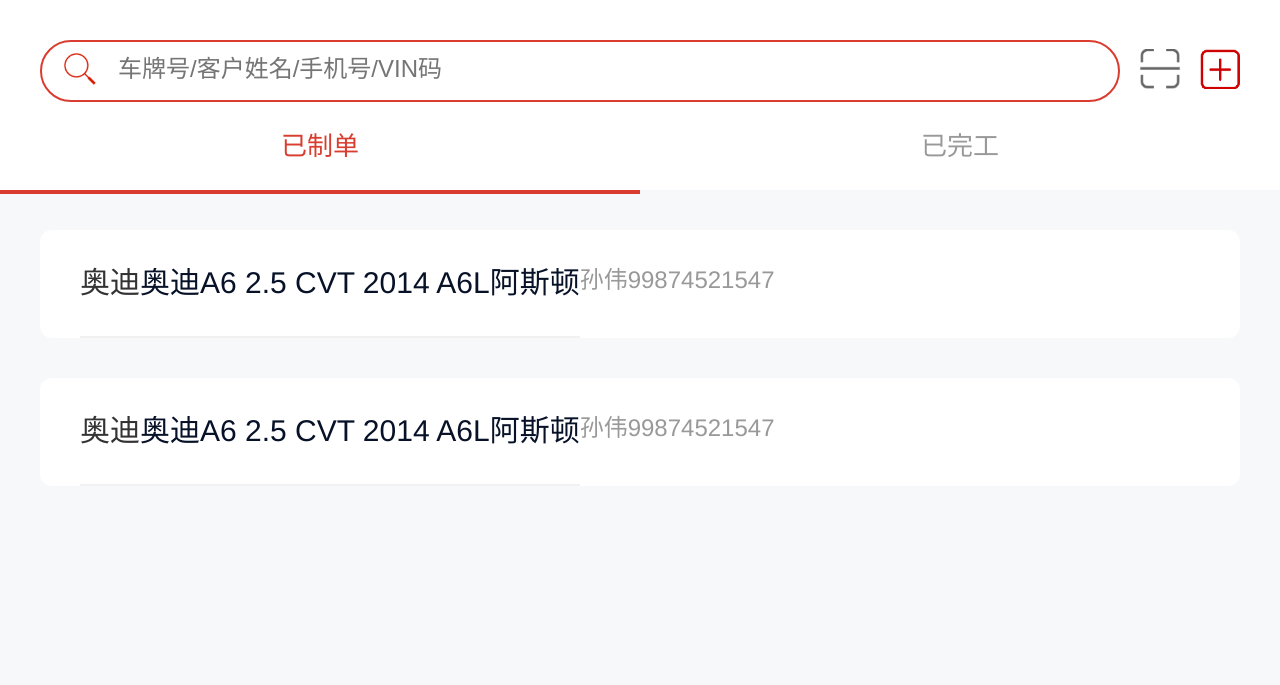
Repository: family-car/car
Page: checkCarList.html
The author's editor kept a copy of each file at every save. The page is drawn from the files as they stood at one save, then again after the next save.
The browser window is 1280 px wide. The pictures show the whole page.

Above is the page before, as saved 2020-05-12 18:34:12.

### checkCarList.html
<!-- HTML5文件 -->
<!DOCTYPE html>
<html>
<head>
	<meta charset="utf-8" />
	<meta name="viewport"
          content="width=device-width, user-scalable=no, initial-scale=1.0, maximum-scale=1.0, minimum-scale=1.0">
	<meta content="telephone=no,email=no" name="format-detection">
	<meta name="wap-font-scale" content="no">
	<title>所有图片</title>
	<!-- ui框架引入css -->
	<link href="lib/weui/weui.min.css" rel="stylesheet" type="text/css" />
	<link href="lib/weui/jquery-weui.min.css" rel="stylesheet" type="text/css" />
	<!-- 公用样式css -->
	<link href="src/css/base.css" rel="stylesheet" type="text/css" />
    <!-- 界面引入css -->
    <link href="src/css/app/deliverTask.css" rel="stylesheet" type="text/css" />
  <!-- jquery引入 -->
  <script type="text/javascript" src="lib/jquery/jquery-2.1.4.min.js"></script>
  <script type="text/javascript" src="lib/common.js"></script>
</head>
<body>

<div class="main bot44">
    <div class="taskHeader">
        <div class="taskSearch flex flex-between">
            <div class="searchInput cf">
                <div class="fl flex flex-center searchIcon"><img src="src/image/search.png"/></div>
                <input type="text" placeholder="车牌号/客户姓名/手机号/VIN码" class="fl"/>
            </div>
            <div class="sys"><img src="src/image/sys.png"/><img src="src/image/add.png"/></div>
        </div>
        <ul class="taskTabbar cf">
            <li class="active">已制单</li>
            <li>已完工</li>
        </ul>
    </div>
    <div class="taskList checkList">
        <div class="taskItem">
            <h2 class="cf">
                <span class="fl">奥迪</span>
                <span class="fr">奥迪A6 2.5 CVT 2014 A6L阿斯顿</span>
            </h2>
            <p class="taskItem_user cf">
                <span class="fl">孙伟</span>
                <span class="fr">99874521547</span>
            </p>
        </div>
        <div class="taskItem">
            <h2 class="cf">
                <span class="fl">奥迪</span>
                <span class="fr">奥迪A6 2.5 CVT 2014 A6L阿斯顿</span>
            </h2>
            <p class="taskItem_user cf">
                <span class="fl">孙伟</span>
                <span class="fr">99874521547</span>
            </p>
        </div>
    </div>
</div>

<!-- jquery引入 -->
<script type="text/javascript" src="src/js/entry/deliverTask.js"></script>
</body>
</html>

### src/css/base.css
* {
    touch-action: pan-y;
}
*,
*:after,
*:before {
    -webkit-box-sizing: border-box;
    box-sizing: border-box;
}
[v-cloak] {
  display: none;
}
a,
blockquote,
body,
code,
dd,
div,
dl,
dt,
em,
fieldset,
form,
h1,
h2,
h3,
h4,
h5,
h6,
iframe,
img,
input,
label,
li,
object,
ol,
p,
q,
small,
span,
strong,
table,
tbody,
td,
th,
tr,
ul {
    margin: 0;
    padding: 0;
    border: 0;
}
input{
	outline: none;
}
body,
html {
    width: 100%;
    height:100%;
}

body {
    margin: 0 auto;
    line-height: 1;
    font-size: 24px;
    font-family: 'STHeiti', 'Microsoft YaHei', Helvetica, Arial, sans-serif;
    -webkit-text-size-adjust: none;
    -webkit-tap-highlight-color: rgba(0, 0, 0, 0);
}

h1,
h2,
h3,
h4,
h5,
h6 {
    font-size: 24px;
    font-weight: normal;
}

a,
a:active,
a:focus,
a:hover,
a:visited {
    text-decoration: none;
    color: #393939;
}

a,
img {
    -webkit-touch-callout: none;
}

li,
ol,
ul {
    list-style: none;
}

input[type="password"],
input[type="tel"],
input[type="text"],
select,
textarea {
    display: block;
    width: 100%;
    line-height: 1.2;
    font-size:24px;
    resize: none;
    outline: 0;
    vertical-align: middle;
    background-color: #fff;
    background-image: none;
    border: 0;
    white-space: pre-wrap;
    word-wrap: break-word;
    -webkit-appearance: none;
}

p {
    background-color: transparent;
    word-break: break-all;
}

em,
i {
    font-style: normal;
}
@font-face {
    font-family: 'iconfont';
    src: url("../font/icomoon.eot");
    src: url("../font/icomoon.eot?#iefix") format("embedded-opentype"), url("../font/icomoon.ttf") format("truetype"), url("../font/icomoon.svg#iconfont") format("svg");
}

html {
    background: #fff;
}

body {
    background: #fff;
    color: #999;
}

.fl {
    float: left;
}

.fr {
    float: right;
}

.cf:after {
    display: block;
    clear: both;
    content: "";
    visibility: hidden;
    height: 0;
}

.tr {
    text-align: right;
}

.tc {
    text-align: center;
}

.td-underline {
    text-decoration: underline;
}

.tm {
    vertical-align: middle;
}
.boxSizing{
    box-sizing:border-box;
    -moz-box-sizing:border-box; /* Firefox */
    -webkit-box-sizing:border-box;
}

.flex {
    display: -webkit-box !important;
    display: -webkit-flex !important;
    display: -ms-flexbox !important;
    display: flex !important;
    -webkit-flex-wrap: wrap;
    -ms-flex-wrap: wrap;
    flex-wrap: wrap;
}

.flex .cell {
    -webkit-box-flex: 1;
    -webkit-flex: 1;
    -ms-flex: 1;
    flex: 1;
    width: 0;
    -webkit-flex-basis: 0;
    -ms-flex-preferred-size: 0;
    flex-basis: 0;
    max-width: 100%;
    display: block;
    padding: 0 !important;
    position: relative;
}
.flex .cell2{
    -webkit-box-flex: 2;
    -webkit-flex: 2;
    -ms-flex: 2;
    flex: 2;
}


.flex .cell.hide {
    display: none;
}

.flex .flex-130 {
    -webkit-box-flex: 150!important;
    -webkit-flex: 130!important;
    -ms-flex: 130!important;
    flex: 130!important;
}

.flex .flex-200 {
    -webkit-box-flex: 200!important;
    -webkit-flex: 200!important;
    -ms-flex: 200!important;
    flex: 200!important;
}

.flex-center {
    -webkit-box-pack: center;
    -webkit-justify-content: center;
    justify-content: center;
    -webkit-box-align: center;
    -webkit-align-items: center;
    align-content: center;
}
.flex-between {
    -webkit-box-pack: center;
    -webkit-justify-content: space-between;
    justify-content: space-between;
    -webkit-box-align: center;
    -webkit-align-items: center;
    align-content: center;
}

.img-responsive {
    display: inline-block;
    width: 100%;
}

.bg-white {
    background: #fff;
}

.bg-orange {
    background: #fa462d;
}

.bg-blue {
    background: #246EBE;
}
.bg-green{color:#0BA66D;}
.bg-light-green{color:#56dfb3;}
.bg-gray {
    background: #f3f4f6;
}

.bg-light-yellow {
    background: #fbf8ec;
}

.bg-disabled {
    background: #9d9d9d;
}

.color-blue {
    color: #246EBE;
}

.color-muted {
    color: #9d9d9d;
}

.color-orange {
    color: #fa462d;
}

.color-white {
    color: #fff;
}

.color-gray {
    color: #848689;
}
.color-green{color:#0BA66D;}
.color-light-green{color:#56dfb3;}
.color-red{color:#f23030;}
.color-block{color:#393939;}

.relative {
    position: relative;
}

.overflow {
    overflow: hidden;
}

.ellipsis {
    white-space: nowrap;
    overflow: hidden;
    text-overflow: ellipsis;
}

.clamp {
    display: -webkit-box;
    overflow: hidden;
    text-overflow: ellipsis;
    -webkit-line-clamp: 2;
    -webkit-box-orient: vertical;
}

.animate {
    -webkit-animation-play-state: paused;
}

.hide {
    display: none;
}

.footbar-default .coagent span:before,
.iconfont,
.panel-selector .list li .fr:after,
.select:before {
    font-family: "iconfont" !important;
    font-size: .28rem;
    font-style: normal;
    -webkit-font-smoothing: antialiased;
    -webkit-text-stroke-width: 2px;
    -moz-osx-font-smoothing: grayscale;
}
.btn {
    display: inline-block;
    padding: .18rem .2rem;
    vertical-align: middle;
    font-size: .26rem;
    font-weight: normal;
    line-height: 1;
    text-align: center;
    white-space: nowrap;
    background-image: none;
    border: 1px solid transparent;
    border-radius: .06rem;
    cursor: pointer;
    outline: 0;
    -webkit-appearance: none;
    -webkit-user-select: none;
    -moz-user-select: none;
    -ms-user-select: none;
    user-select: none;
}

.btn-default {
    color: #393939;
    background-color: #fff;
    border-color: #ccc;
}

.btn-primary {
    color: #fff;
    background-color: #0ba66d;
    border-color: #0ba66d;
}

.btn-primary-outline {
    color: #0ba66d;
    background-color: #fff;
    border-color: #0ba66d;
}

.btn-default-outline {
    color: #393939;
    background-color: #fff;
    border-color: #d7d7d7;
}

.btn-disabled {
    color: #fff;
    background-color: #9d9d9d;
    border-color: #9d9d9d;
}

.btn-block {
    display: block;
    width: 100%;
    padding-left: 0;
    padding-right: 0;
}

.btn-primary:active {
    color: #fff;
    background-color: #0ba66d;
    border-color: #0ba66d;
}

.btn-disabled:active {
    color: #fff;
    background-color: #9d9d9d;
    border-color: #9d9d9d;
}

.btn-default:active {
    color: #393939;
    background-color: #d7d7d7;
    border-color: #d7d7d7;
}

.btn-search {
    padding: .06rem .1rem;
    margin-left: .05rem;
    line-height: .4rem;
}

.pd8 {
    padding-right: .8rem;
    padding-left: .8rem;
}

.badge-outline {
    background: #fff;
    border: 1px solid #0ba66d;
    color: #0ba66d;
}

.no_info {
    color: #9d9d9d;
    line-height: 2.2rem;
    text-align: center;
}

/*字体*/
.icon-detail:before {
    content: '\e93b';
}
.icon-floder:before {
    content: '\e91b';
}
.icon-home:before {
    content: '\e901';
}
.icon-order:before {
    content: '\e908';
}
.icon-mine:before {
    content: '\e905';
}
.icon-upload::before{
    content: '\e91c';
}
.icon-add::before{
    content: '\e91e';
}
.icon-detele::before{
    content: '\e920';
}
.icon-warn::before{
    content: '\e91a';
}
.icon-arrow::before{
    content:'\e916'
}
.icon-course::before{
    content:'\e908'
}

 #loading{
     position:fixed;
     top:0;left:0;
     width:100%;height:100%;
     background: rgba(0,0,0,.7);
     z-index:999;
}
 #loading .loader-01{
     position:absolute;top:50%;left:50%;
     width:60px;height:60px;
     margin-top:-30px;
     margin-left:-30px;
     color: #fff;
}
.weui-tabbar__item.weui-bar__item--on .weui-tabbar__label{
    color: #F12222;
}
/*button*/
.vehicleEntry_btn{
    color: #F12222;
    width: 412px;
    height: 60px;
    background: #F12222;
    border-radius: 30px;
    color: #fff;
    text-align: center;
    line-height: 60px;
    margin: 0 auto;
    margin-bottom: 40px;
    font-size: 28px;
}
/*footer*/
.footer{
    overflow: hidden;
}
.weui-tabbar .weui-tabbar__item{
    padding-top: 20px;
}
.weui-tabbar .weui-tabbar__icon{
    width: 54px;
    height: 54px;
}
.weui-tabbar .weui-tabbar__label{
    font-size: 20px;
}
.view{
    padding-bottom:130px;
}

### src/css/app/deliverTask.css
body,html{
    background: #f7f8fa;
}
.taskHeader{
    background: #fff;
}
.taskSearch{
    padding: 40px 40px 0 40px;
}
.searchInput{
    width: calc(100% - 120px);
    height: 62px;
    border:2px solid #D93D30;
    border-radius: 35px;
}
.searchInput .searchIcon{
    width: 76px;
    height: 54px;
}
.searchInput .searchIcon img{
   width: 32px;
}
.searchInput input{
    width: calc(100% - 158px);
    height: 54px;
    border-radius: 30px;
}
.taskSearch .sys img{
    width: 40px;
    height: 40px;
}
.taskTabbar{
    height: 88px;
}
.taskTabbar li{
    width: 50%;
    float: left;
    line-height: 88px;
    text-align: center;
    font-size: 26px;
}
.taskTabbar li.active{
    border-bottom: 4px solid #D93D30;
    color: #D93D30;
}
.taskList{
    padding: 0 40px;
    margin-top: 40px;
}
.taskItem{
    background: #fff;
    border-radius: 12px;
    padding: 0 40px;
    margin-bottom: 40px;
}
.taskItem h2{
    padding: 38px 0px;
    border-bottom: 2px solid #F1F1F1;
    font-size: 30px;
}
.taskItem h2 span:first-child{
    color: #333;
}
.taskItem h2 span:last-child{
    color: #F33822;
}
.taskItem .taskItem_user{
    padding: 38px 0;
}
.taskItem .address{
    padding-bottom: 38px;
}
.weui-tabbar::before {
    border-top: none !important;
}
/*检查车辆列表*/
.sys img:last-child{
   margin-left: 20px;
}
.checkList .taskItem{
    display: flex;
}
.checkList .taskItem h2 span:first-child{
    color: #333;
    flex:1
}
.checkList .taskItem h2 span:last-child{
    color: #071228;
    flex:2;
    white-space: nowrap;
    text-overflow: ellipsis;
    overflow: hidden;
    word-break: break-all;

}

### lib/common.js

var _phoneWidth = parseInt(window.screen.width);
var _phoneHeight = parseInt(window.screen.height);
var _phoneScale = Math.floor(_phoneWidth/750*100)/100;
var Terminal = {
            platform : function(){
                var u = navigator.userAgent, app = navigator.appVersion;
                return {
                    android: u.indexOf('Android') > -1 || u.indexOf('Linux') > -1,
                    iPhone: u.indexOf('iPhone') > -1 ,
                    iPad: u.indexOf('iPad') > -1
                };
            }(),
            language : (navigator.browserLanguage || navigator.language).toLowerCase()
        }
if((Terminal.platform.iPhone||Terminal.platform.iPad)&&getQueryString("isReverse")=="yes"){
		      	  alert(getQueryString("isReverse"));
		    	  _phoneScale = _phoneHeight/750;
}
var ua = navigator.userAgent;
document.write('<meta name="viewport" content="width=750,target-densitydpi=device-dpi, initial-scale='+_phoneScale+', minimum-scale='+_phoneScale+', maximum-scale='+_phoneScale+', user-scalable=no">');

function getQueryString(name) {//用url来判断横屏
	var reg = new RegExp("(^|&)" + name + "=([^&]*)(&|$)", "i");
	var r = window.location.search.substr(1).match(reg);
	if (r != null) return unescape(r[2]); return null;
}

### src/js/entry/deliverTask.js
$(function () {
    var  process={
        init:function(){
            this.tabbar();
        },
        tabbar:function(){
            $(".taskTabbar li").on("click",function(){
                $(this).addClass("active").siblings().removeClass("active")
            })

        }
    };

    window.onload = function(){
        process.init();
    }


})

Loaded but not shown: lib/weui/weui.min.css (library); lib/weui/jquery-weui.min.css (library); lib/jquery/jquery-2.1.4.min.js (library)

After the next save:
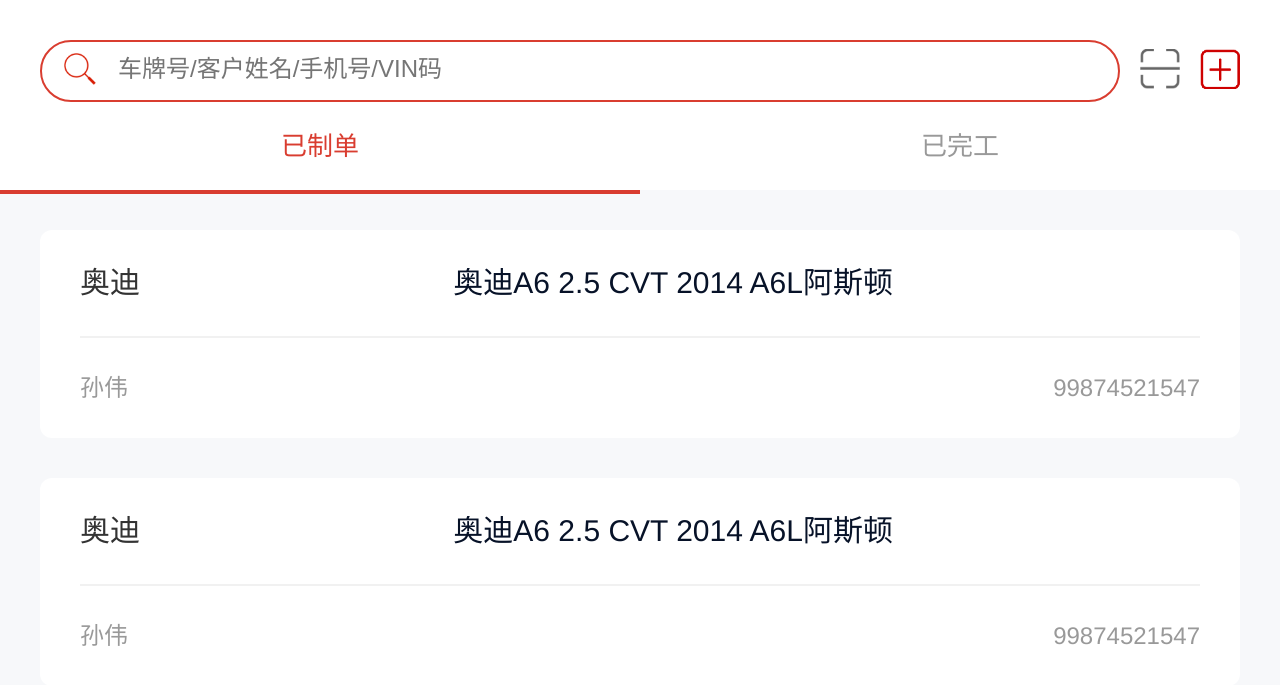
Saved 16 s later.
--- a/src/css/app/deliverTask.css
+++ b/src/css/app/deliverTask.css
@@ -77,7 +77,7 @@
 .sys img:last-child{
    margin-left: 20px;
 }
-.checkList .taskItem{
+.checkList .taskItem h2{
     display: flex;
 }
 .checkList .taskItem h2 span:first-child{
